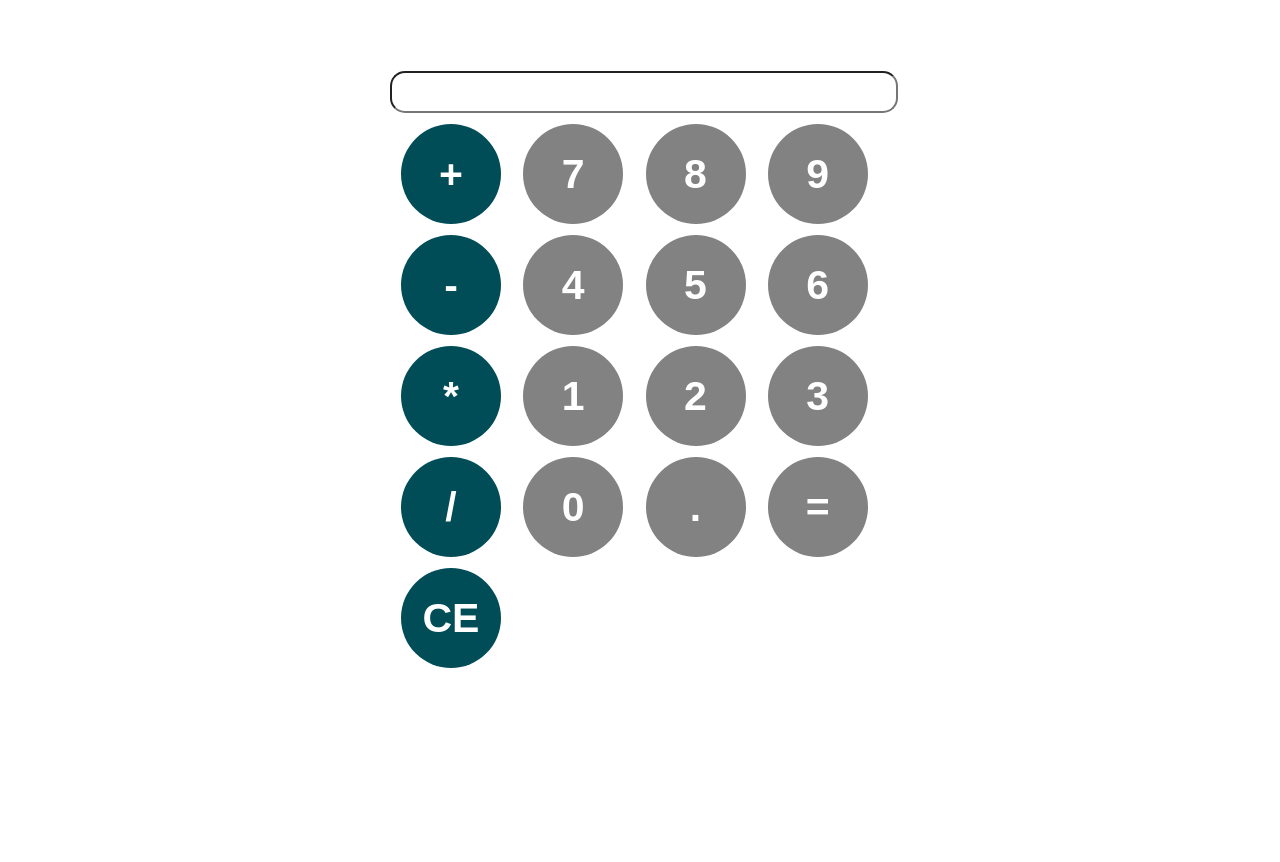
Repository: rkrukshan/JS-Calculator
Page: index.html
These files come from the project's save history. The page is drawn as it stood at one moment and after the next save; the edit follows.
The browser window is 1280 px wide. The pictures show the whole page.

Above is the page before, as saved 2024-09-02 13:48:10.

After the next save:
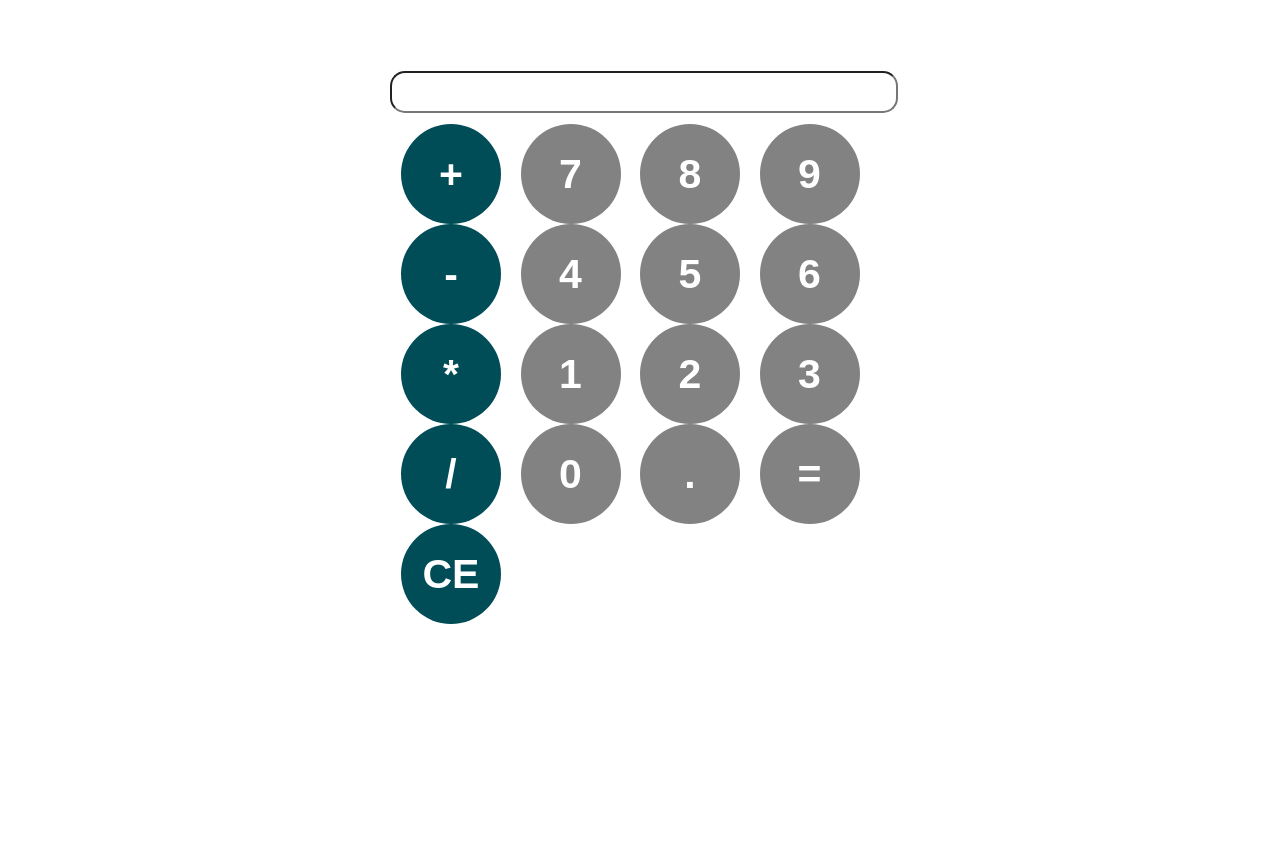
Saved 6 s later.
--- a/style.css
+++ b/style.css
@@ -17,7 +17,7 @@
 #buttons {
   display: grid;
   grid-template-columns: repeat(4, 1fr);
-
+  align-items
   gap: 11px;
   padding: 11px;
 }

After the 3 saves that followed:
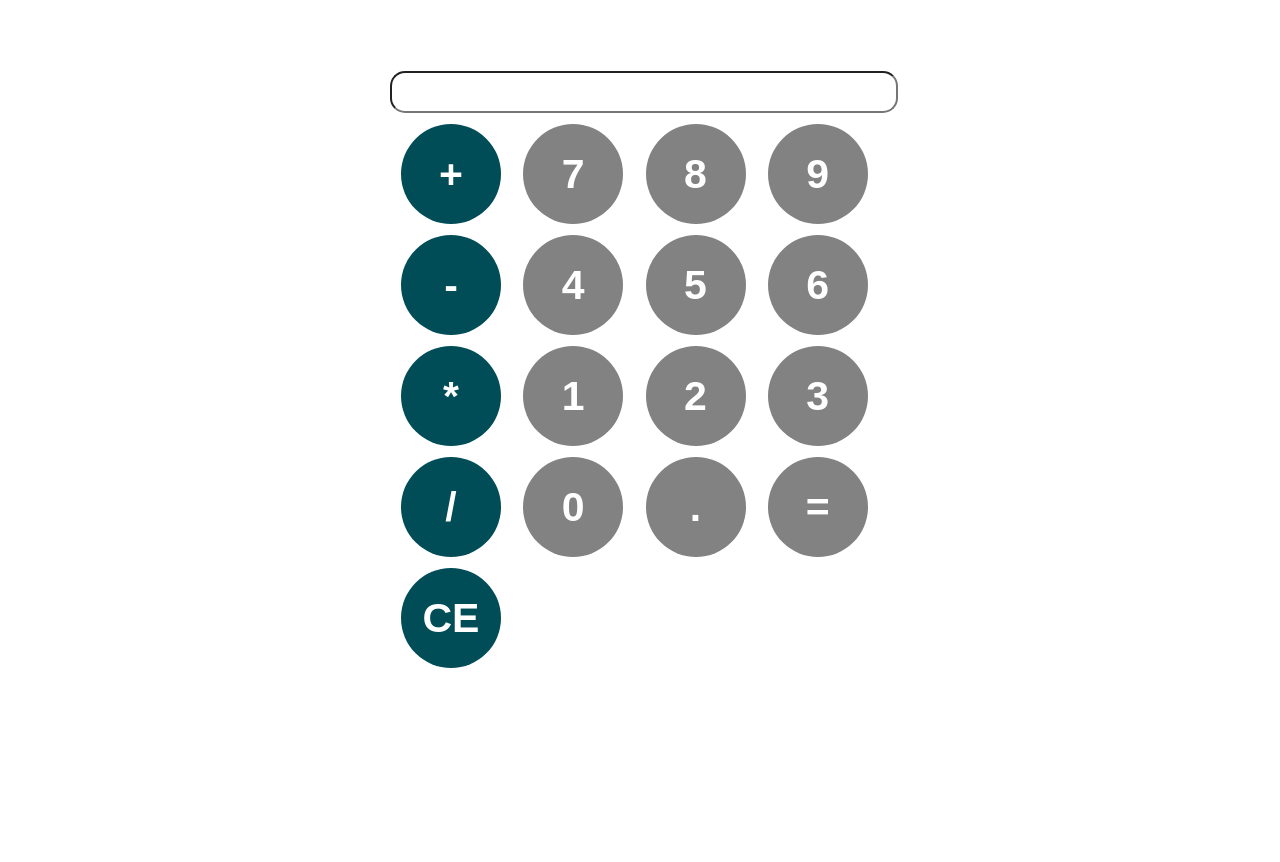
The 3 saves are shown as one change because they came seconds apart.
The last was saved 13 s later.
--- a/style.css
+++ b/style.css
@@ -17,7 +17,8 @@
 #buttons {
   display: grid;
   grid-template-columns: repeat(4, 1fr);
-  align-items
+  align-items:center;
+  justify-content: center;
   gap: 11px;
   padding: 11px;
 }
